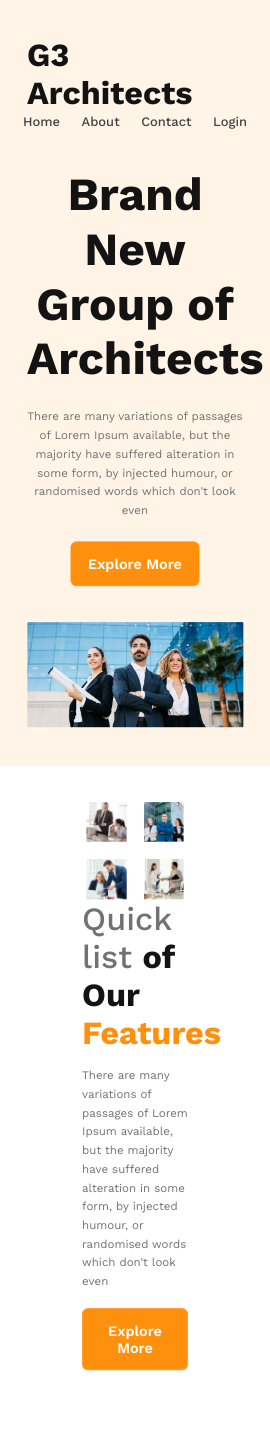
Repository: ShouravAhammed/G3-architects-webpage
Page: index.html
These files come from the project's save history. The page is drawn as it stood at one moment and after the next save; the edit follows.
The browser window is 375 px wide. The pictures show the whole page, at 72% of full size.

Above is the page before, as saved 2024-01-13 00:55:44.

After the next save:
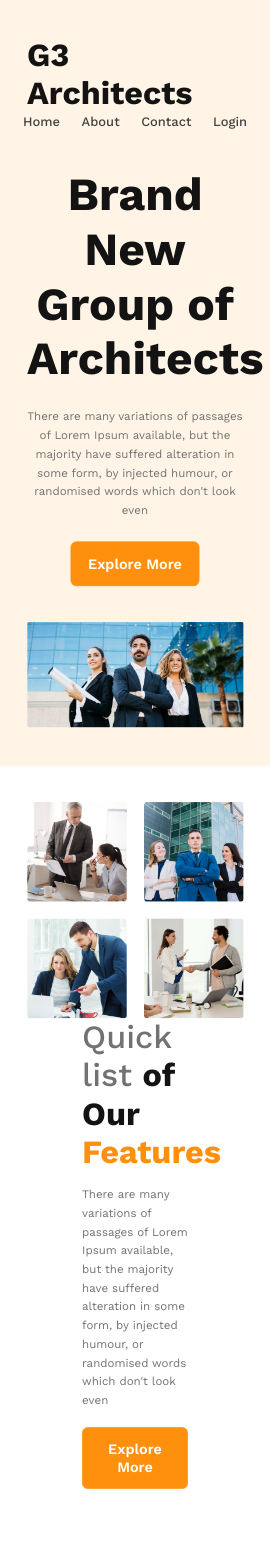
Saved 83 s later.
--- a/styles/style.css
+++ b/styles/style.css
@@ -161,6 +161,11 @@
     .team-content{
         flex-direction: column;
     }
+    .team-content .team-img{
+        grid-template-columns: repeat(2, 1fr);
+        gap: 24px;
+        width: 100%;
+    }
 }
 
 /* tablet device */
